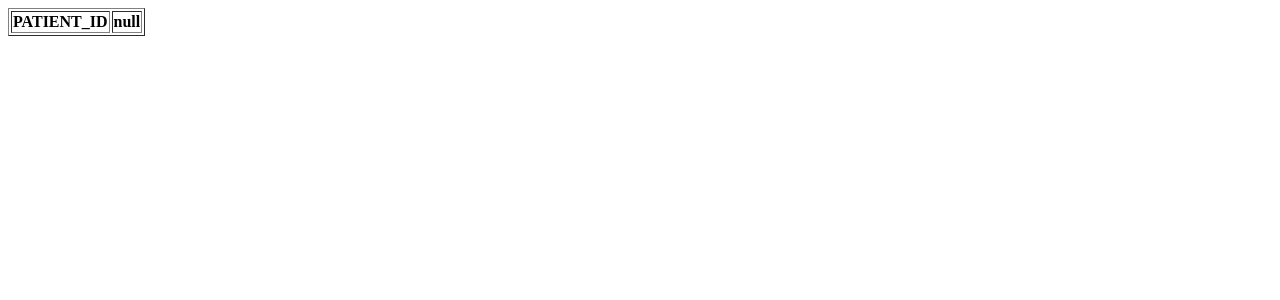
Repository: sabyasachimishra/PPH
Page: http://localhost/PaperlessHospitalService/processviewinpatient.jsp
The author's editor kept a copy of each file at every save. The page is drawn from the files as they stood at one save, then again after the next save.
The browser window is 1280 px wide. The pictures show the whole page.
The page is served by Tomcat 9. Queries for data that is not in the repository find no rows.

Above is the page before, as saved 2012-04-03 03:13:04.

After the next save:
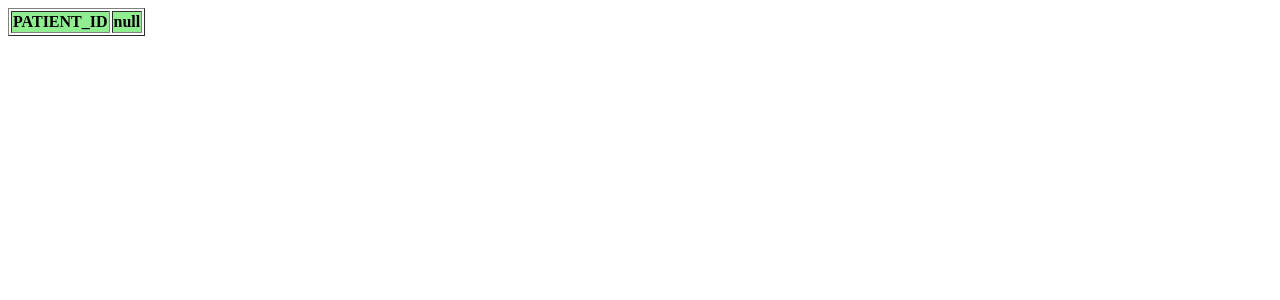
Saved 114 s later.
--- a/PaperlessHospitalService/WebContent/processviewinpatient.jsp
+++ b/PaperlessHospitalService/WebContent/processviewinpatient.jsp
@@ -3,6 +3,10 @@
 <!DOCTYPE html PUBLIC "-//W3C//DTD HTML 4.01 Transitional//EN" "http://www.w3.org/TR/html4/loose.dtd">
 <html>
 <head>
+<style>
+tr{background-color:lightgreen; text-align:center;}
+td{background-color:#cff;}
+</style>
 <meta http-equiv="Content-Type" content="text/html; charset=ISO-8859-1">
 <title>Insert title here</title>
 </head>
